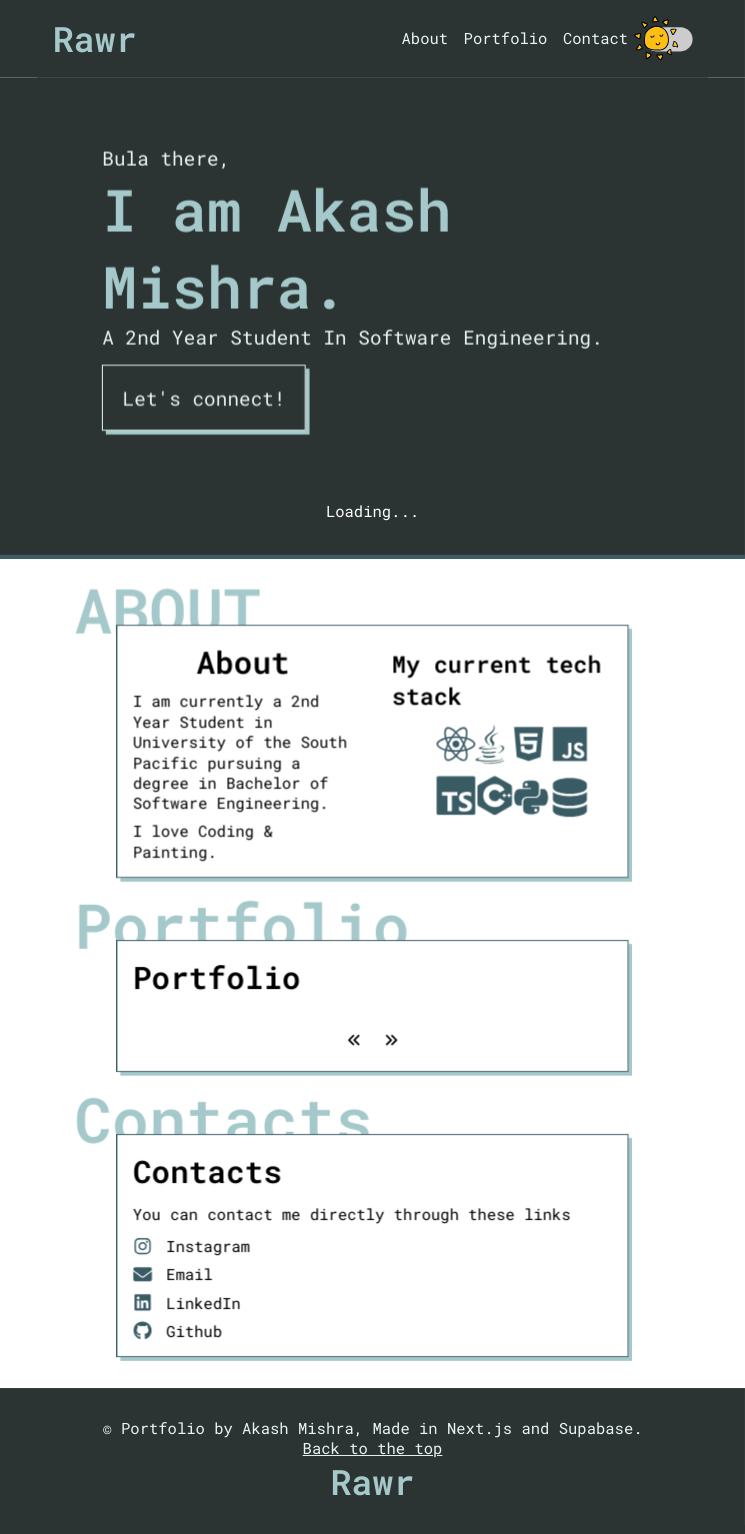
Repository: akashrawr/personal-portfolio
Page: /
These files come from the project's save history. The page is drawn as it stood at one moment and after the next save; the edit follows.
The browser window is 768 px wide. The pictures show the whole page, at 97% of full size.
The page's requests for data from a server got no answer. The project was rebuilt for these pictures with package versions that can differ from the ones it lists, and the page was loaded fresh each time. The framework's server and built-in components were replaced by stand-ins that run in the browser. No one was signed in, and anything a server would have sent is missing. Also part of the build but not shown: next.config.ts.

Above is the page before, as saved 2025-01-03 20:32:29.

### app/layout.tsx
import type { Metadata } from "next";
import { Geist, Geist_Mono } from "next/font/google";
import "./globals.css";

const geistSans = Geist({
  variable: "--font-geist-sans",
  subsets: ["latin"],
});

const geistMono = Geist_Mono({
  variable: "--font-geist-mono",
  subsets: ["latin"],
});

export const metadata: Metadata = {
  title: "akashrawr",
  description: "Personal Portfolio",
};

export default function RootLayout({
  children,
}: Readonly<{
  children: React.ReactNode;
}>) {
  return (
    <html lang="en" translate="no"> {/* Prevent translation of the entire page */}
      <head>
        <meta charSet="UTF-8" />
        <meta httpEquiv="Content-Language" content="en" /> {/* Explicitly set content language */}
        <meta name="google" content="notranslate" /> {/* Inform Google to not translate */}
        <link rel="icon" href="/rawr.ico" type="image/x-icon" />
        <title>akashrawr</title>
        <meta name="description" content="My Personal Portfolio" />
      </head>
      <body className={`${geistSans.variable} ${geistMono.variable} antialiased`}>
        <div className="notranslate">
          {children}
        </div>
      </body>
    </html>
  );
}

### app/page.tsx
"use client"; // Enables client-side functionality
import React, { useState, useEffect } from "react";
import AOS from "aos";
import "aos/dist/aos.css";
import "./globals.css"; // Import global styles

// Import components
import Header from "./components/Header";
import Hero from "./components/Hero";
import About from "./components/About";
import Portfolio from "./components/Portfolio";
import Contact from "./components/Contact";
import Footer from "./components/Footer";

const Page: React.FC = () => {
  useEffect(() => {
    AOS.init({ once: true, delay: 0 });
  }, []);

  const [isNavVisible, setIsNavVisible] = useState(false);
  const [darkMode, setDarkMode] = useState(false);

  const toggleNav = () => {
    setIsNavVisible(!isNavVisible);
  };

  const toggleDarkMode = () => {
    setDarkMode(!darkMode);
    document.body.classList.toggle("dark-mode", !darkMode);
  };

  return (
    <div>
      <Header
        isNavVisible={isNavVisible}
        toggleNav={toggleNav}
        darkMode={darkMode}
        toggleDarkMode={toggleDarkMode}
      />
      <main>
        <Hero />
        <About />
        <Portfolio />
        <Contact />
      </main>
      <Footer />
    </div>
  );
};

export default Page;

### app/globals.css
@import url("https://fonts.googleapis.com/css2?family=Roboto+Mono:wght@300;400;600&display=swap");

:root {
  --primary-color: #2c3333;
  --secondary-color: #395b64;
  --accent-1: #a5c9ca;
  --accent-2: #e7f6f2;
  --neutral-1: black;
  --neutral-2: white;
  --neutral-3: white;
  --neutral-4: black;
  --icon-1: #395b64;

  --dark-primary-color: #121212;
  --dark-secondary-color: #1f1f1f;
  --dark-accent-1: #6c757d;
  --dark-accent-2: #adb5bd;
  --dark-neutral-1: #ffffff;
  --dark-neutral-2: #121212;
  --dark-neutral-3:#1f1f1f;
  --dark-neutral-4: #938f8f;
  --dark-icon-1: #938f8f;

}

*,
*::after,
*::before {
  margin: 0;
  padding: 0;
  font-family: "Roboto Mono", monospace;
  box-sizing: border-box;


}

html {
  scroll-behavior: smooth;
}

body {
  overflow-x: hidden;
  background-color: var(--neutral-3);
  color: var(--neutral-1);
  font-family: "Roboto Mono", monospace;
}

body.dark-mode {
  --primary-color: var(--dark-primary-color);
  --secondary-color: var(--dark-secondary-color);
  --accent-1: var(--dark-accent-1);
  --accent-2: var(--dark-accent-2);
  --neutral-1: var(--dark-neutral-1);
  --neutral-2: var(--dark-neutral-2);
  --neutral-3: var(--dark-neutral-3);
  --neutral-4: var(--dark-neutral-4);
  --icon-1:var(--dark-icon-1);
}


/* Navbar styles */

header {
  display: flex;
  align-items: center;
  justify-content: center;

  max-width: 100vw;
  background-color: var(--primary-color);
}

a {
  font-size: 14px;
  text-decoration: none;
}

h1 {
  font-family: "Roboto Mono", monospace;
}

.navbar-nav {
  display: flex;
  align-items: center;
  justify-content: space-between;
  background-color: var(--primary-color);
  padding: 1rem;
  width: 90%;
}

.nav-logo {
  grid-column: 1;
}

.nav-logo > h1 {
  font-size: 30px;
  color: var(--accent-1);
}

.primary-nav {
  display: flex;
  list-style: none;
  gap: 16px;

  grid-column: 2;
  justify-self: end;
}

.mobile-nav-toggle {
  display: none;
  cursor: pointer;
}

.nav-link:link,
.nav-link:visited {
  font-size: 16px;
  color: var(--accent-2);

  transition: 300ms ease-in-out;
}

.nav-link:hover {
  font-weight: 600;
  color: var(--accent-1);
}

.user-icon {
  width: 24px;
  height: 24px;
  fill: var(--accent-1);
  transition: fill 0.3s ease;
}

.user-icon:hover {
  fill: var(--accent-1);
}

/* Dark mode toggle button */
.theme-toggle {
  background: none;
  border: none;
  cursor: pointer;
  padding: 8px;
  display: flex;
  align-items: center;
}

.nav-icons {
  --size: 30px;
  width: var(--size);
  aspect-ratio: 1;
  cursor: pointer;
}



@media only screen and (max-width: 35em) {
  .primary-nav {
    position: fixed;
    top: 0;
    right: 0;
    bottom: 0;
    width: 125px;

    flex-direction: column;
    padding: min(15vh, 3rem) 1rem;
    background-color: var(--primary-color);
    border-left: 2px solid rgb(111, 111, 111); /* Add this line for the left border */

    z-index: 9999;

    transform: translateX(100%);
    transition: transform 350ms ease-out;
  }


  .nav-link:link,
  .nav-link:visited {
    font-size: 15px;
    color: var(--accent-1);
  }

  .primary-nav[data-visible="true"] {
    transform: translateX(0%);
  }

  .mobile-nav-toggle[aria-expanded="true"] {
    background: url('data:[embedded picture, 416 characters]') center center no-repeat;
  }

  .mobile-nav-toggle {
    display: block;
    position: absolute;
    background: url('data:[embedded picture, 417 characters]') center center no-repeat;

    width: 1.25rem;
    aspect-ratio: 1;

    border: none;

    top: 1.4rem;
    right: 2.5rem;
    z-index: 10000;

    transition: 250ms ease-in-out;
  }
}

/* Section styles */

section {
  display: flex;
  align-items: center;
  justify-content: center;

  max-width: 100vw;
  position: relative;
}

/* HERO SECTION */
#hero {
  background-color: var(--primary-color);
  border-bottom: 4px solid var(--icon-1);
  padding: 2.2rem;
}

/* Main container for text and image */
.hero-main-container {
  display: flex;
  flex-wrap: wrap;
  align-items: center;
  justify-content: space-between;
  gap: 16px;
}

/* Text Container */
.hero-container {
  flex: 1;
  display: flex;
  flex-direction: column;
  gap: 16px;
  padding: 2.2rem;
  width: 90%;
  height: 350px;
  animation: fade-in 500ms linear forwards;
}

.hero-text-container > h2 {
  font-size: 28px;
  color: var(--accent-1);
}

.hero-text-container > p {
  font-size: 12px;
  color: var(--accent-2);
}

.hero-button {
  align-self: flex-start;

  font-size: 14px;
  padding: 1em;

  color: var(--accent-2);
  background-color: transparent;

  border: 1px solid var(--accent-2);
  box-shadow: 4px 4px 0px var(--accent-1);

  transition: 300ms ease-in-out;
}

.hero-button:hover {
  background-color: var(--accent-2);
  color: var(--primary-color);
  box-shadow: 6px 6px 0px var(--secondary-color);
}

/* Image Container */
.hero-img {
  flex: 1;
  display: flex;
  justify-content: center;
  align-items: center;
}

.hero-image {
  max-width: 50%;
  height: auto;
  border-radius: 10px;
  box-shadow: 0 4px 8px rgba(0, 0, 0, 0.1);
  border: 1px solid var(--secondary-color);
  background-color: var(--neutral-2);
  box-shadow: 4px 4px 0px var(--accent-1);
}

.hero-img p{
color:white;
}


/* Responsive Styles */
@media screen and (max-width: 768px) {
  .hero-main-container {
    flex-direction: column;
  }
  .hero-img {
    margin-top: 20px;
  }
.hero-image {
    max-width: 75%;
    height: auto;
  }
  .hero-text-container {
    text-align: left;
    max-width: 100%;
    height: auto;
  }


}
.hero-text-container > h2 {
  font-size: 28px;
  color: var(--accent-1);
}
.hero-text-container > p {
  font-size: 16px;
}
.project-card > h3 {
  font-size: 12px;
  color: var(--secondary-color);
}

/* ABOUT */

#about {
  padding: 2rem;
  margin-top: 36px;
  animation: fade-in 500ms linear forwards;

}

.wave-asset {
  width: 100%;
  position: absolute;

  top: 0;
  left: 0;
}

.about-container {
  display: flex;
  align-items: center;
  justify-content: center;
  background-color: var(--neutral-2);
  width: 90%;
  z-index: 999;
}

.about-card,
.portfolio-card,
.contact-card {
  display: flex;
  flex-direction: column;
  gap: 16px;
  border: 1px solid var(--secondary-color);
  background-color: var(--neutral-2);

  width: 100%;
  padding: 1rem;

  box-shadow: 4px 4px 0px var(--accent-1);
}

.about-content,
.portfolio-content {
  width: 100%;
  display: flex;
  flex-direction: column;
  gap: 8px;
}

.about-content > h2,
.about-content > h3 {
  color: var(--neutral-4);
}

.about-content > p {
  font-size: 12px;
  color: var(--neutral-4);
}

.tech-stack-grid {
  width: 65%;
  display: grid;
  grid-template-columns: repeat(4, 1fr);
  place-items: center;
}

.tech-stack {
  --size: 30px;
  width: var(--size);
  aspect-ratio: 1;
}

/* Portfolio container */

#portfolio {
  padding: 2rem;
  animation: fade-in 500ms linear forwards;
}

.portfolio-container {
  width: 90%;
  z-index: 999;
}

.project-container {
  display: grid;
  grid-template-columns: repeat(2, 1fr);
  gap: 16px;
}

.portfolio-content > h2 {
  color: var(--neutral-4);
}

.project-card {
  display: flex;
  flex-direction: column;
  gap: 4px;

  padding: 1rem;
  border-radius: 8px;
  border: 1px solid var(--accent-1);
}

.project-card > h3 {
  color: var(--neutral-4);
}

.project-card > h5 {
  color: var(--neutral-4);
  opacity: 0.5;
}

.project-card > p {
  font-size: 12px;
  width: 100%;
  display: -webkit-box;
  -webkit-box-orient: vertical;
  -webkit-line-clamp: 3;
  overflow: hidden;
  color: var(--neutral-4);
}

.project-img {
  width: 100%;
  aspect-ratio: 16/9;
}

.project-card-links {
  align-self: flex-end;

  margin-top: 10px;
  display: flex;
  align-items: center;
  gap: 12px;
}

.project-icons {
  --size: 20px;
  width: var(--size);
  aspect-ratio: 1;
}

.project-card-links > a {
  display: flex;
  align-items: center;
  color: var(--neutral-4);
  font-size: 10px;
  gap: 4px;
}

.project-card-links > a:link,
.project-card-links > a:visited {

  color: var(--neutral-4);
}

.project-card-links > a:hover {
  font-weight: 600;
  color: var(--accent-1);
}

/* CONTACT */
#contact {
  padding: 2rem;
  animation: fade-in 500ms linear forwards;
}

.contact-container {
  width: 90%;
  z-index: 999;
}

.contact-card {
  width: 100%;
  gap: 12px;
}
.contact-card > h2 {
    color: var(--neutral-4);
}

.contact-card > p {
  font-size: 12px;
  color: var(--neutral-4);
}

.contact-links {
  display: flex;
  flex-direction: column;
  gap: 8px;
}

.contact-links > a {
  display: flex;
  align-items: center;
  gap: 8px;
}

.contact-links > a:link,
.contact-links > a:visited {
  color: var(--neutral-4);
}

.contact-links > a:hover {
  font-weight: 600;
  color: var(--accent-1);
}
.contact-icons {
  --size: 20px;
  width: var(--size);
  aspect-ratio: 1;
}

/* extras */
.section-highlight {
  font-size: 4rem;
  font-weight: 600;
  opacity: 0.5;
  color: var(--accent-1);

  position: absolute;
  top: 0;
  left: 100px;
}

/* footer */
footer {
  display: flex;
  align-items: center;
  justify-content: center;
  color: var(--accent-2);
  max-width: 100vw;
  background-color: var(--primary-color);
  min-height: 150px;
}

.footer-content {
  text-align: center;
  font-size: 12px;
  width: 90%;

  color: var(--accent-2);
}

.footer-content > p {
  text-decoration: underline;
}

.footer-content > a {
  text-decoration: underline;
}

.footer-content > a:link,
.footer-content > a:visited {
  color: var(--accent-2);
}

.footer-content > a:hover {
  color: var(--accent-1);
}
/* media queries */

@media only screen and (max-width: 35em) {
  .hero-container {
    padding: 1rem;
    height: 200px;
  }
  .project-container {
    grid-template-columns: 1fr;
  }
  .tech-stack-grid {
    width: 100%;
  }
  .section-highlight {
    font-size: 3.5rem;
    top: -16px;
    left: 6vw;
  }
}

@media only screen and (min-width: 35em) {
  .hero-container {
    height: 250px;
  }
  .about-container,
  .portfolio-container,
  .contact-container {
    width: 75%;
  }

  .about-card,
  .portfolio-card {
    align-items: center;
    justify-content: center;
    flex-direction: row;
    gap: 20px;
  }

  .section-highlight {
    top: -26px;
    left: 10vw;
  }
}

@media only screen and (min-width: 768px) {
  .nav-logo > h1 {
    font-size: 36px;
  }

  /* hero */
  .hero-container {
    height: 350px;
  }

  .hero-text-container > p {
    font-size: 20px;
  }

  .hero-text-container > h2 {
    font-size: 60px;
  }

  .hero-button {
    font-size: 20px;
  }

  /* about */
  .about-card {
    gap: 40px;
  }

  .about-content > h2 {
    font-size: 32px;
  }

  .about-content > h3 {
    font-size: 24px;
  }

  .about-content > p {
    font-size: 16px;
  }

  .tech-stack-section {
    align-self: flex-start;
    margin-top: 8px;
  }

  .tech-stack {
    --size: 40px;
    width: var(--size);
    aspect-ratio: 1;
  }

  /* portfolio */
  .portfolio-content > h2 {
    font-size: 32px;
  }

  .project-card > h3 {
    font-size: 24px;
  }

  .project-card > h5,
  .project-card > p {
    font-size: 16px;
  }

  .project-card-links > a {
    font-size: 16px;
  }

  /* contacts */
  .contact-card > h2 {
    font-size: 32px;
  }

  .contact-card > p {
    font-size: 16px;
  }

  .contact-links > a {
    font-size: 16px;
  }
  .footer-content,
  .footer-content > a {
    font-size: 16px;
  }
}

@media only screen and (min-width: 1024px) {
  .section-highlight {
    top: -26px;
    left: 10vw;
  }
}

@keyframes fade-in {
  0% {
    opacity: 0;
  }
  100% {
    opacity: 1;
  }
}

/* Adjust specific sections as needed for React-specific behaviors */
.primary-nav.visible {
  transform: translateX(0%);
}

/* The switch - the box around the slider */
.switch {
  position: relative;
  display: inline-block;
  width: 50px;
  height: 25px;
}

/* Hide default HTML checkbox */
.switch input {
  opacity: 0;
  width: 0;
  height: 0;
}

/* The slider */
.slider {
  position: absolute;
  cursor: pointer;
  top: 0;
  left: 0;
  right: 0;
  bottom: 0;
  background-color: #ccc;
  -webkit-transition: .4s;
  transition: .4s;
  border-radius: 25px; /* Rounded edges for the slider */
  display: flex;

  align-items: center;
}

/* Adjust the icon size to 48x48 pixels */
.slider .icon {
  position: absolute;
  width: 48px;
  height: 48px;
  transition: .4s;
}

/* When the input is checked (dark mode is on) */
input:checked + .slider {
  background-color: #3e4346; /* Change background color on check */
}

input:focus + .slider {
  box-shadow: 0 0 1px #2196F3;
}

/* Move the icons when the input is checked (dark mode) */
input:checked + .slider .icon {
  transform: translateX(20px); /* Move the icon to the right */
}

/* Default state (light mode) */
input:not(:checked) + .slider .icon {
  transform: translateX(-15px) translateY(-2px); /* Icon remains in the default position */
  width: 52px; /* Further reduced icon size for very small screens */
  height: 52px; /* Further reduced icon size for very small screens */
}

.about-icon {
  color: var(--icon-1); /* Change to any shade of blue you prefer */
  font-size: 3rem; /* Adjust size as needed */
  margin: 0.5rem;
}

.project-icons {
  margin-right: 0.5rem; /* Space between icon and text */
  font-size: 1.5rem; /* Adjust icon size */
  color: inherit; /* Match the color of the link */
}

.contact-icons {
  margin-right: 0.5rem; /* Space between icon and text */
  font-size: 1.5rem; /* Adjust icon size */
  color: var(--icon-1);
}

/* Responsive Adjustments */
@media (max-width: 768px) {
  .about-icon {
    font-size: 2.5rem; /* Slightly smaller on smaller devices */
    margin: 0.4rem;
  }

  .project-icons {
    font-size: 1.2rem; /* Smaller icon size on smaller screens */
    margin-right: 0.4rem;
  }

  .contact-icons {
    font-size: 1.2rem; /* Smaller icon size on smaller screens */
    margin-right: 0.4rem;
  }
}

@media (max-width: 480px) {
  .about-icon {
    font-size: 2rem; /* Even smaller on very small devices */
    margin: 0.3rem;
  }

  .project-icons {
    font-size: 1rem; /* Further reduced icon size for very small screens */
    margin-right: 0.3rem;
  }

  .contact-icons {
    font-size: 1rem; /* Further reduced icon size for very small screens */
    margin-right: 0.3rem;
  }
}

.pagination {
  display: flex;
  justify-content: center;
  align-items: center;
  margin-top: 1rem;
}

.pagination a {
  color: var(--neutral-4);
  padding: 8px 16px;
  text-decoration: none;
}

.pagination a.active {
  background-color: #395b64;
  color: white;
}

.pagination a:disabled {
  color: grey;
  pointer-events: none;
}

/* Responsive Adjustments */
@media (max-width: 768px) {
  .pagination a {
    padding: 6px 12px; /* Smaller padding for smaller screens */
    font-size: 0.9rem; /* Slightly smaller font size */
  }

  .pagination {
    margin-top: 0.75rem; /* Adjust margin top for smaller screens */
  }
}

@media (max-width: 480px) {
  .pagination a {
    padding: 4px 8px; /* Even smaller padding for very small screens */
    font-size: 0.8rem; /* Smaller font size for very small screens */
  }

  .pagination {
    margin-top: 0.5rem; /* Adjust margin top for very small screens */
  }
}

### app/components/Hero.tsx
import React, { useEffect, useState } from 'react';
import supabase from '../utils/supabaseClient';  // Adjust path if in 'utils'
import Image from 'next/image';  // Import Image from next/image

function Hero() {
  const [heroImage, setHeroImage] = useState<string | null>(null);

  useEffect(() => {
    const fetchHeroImage = async () => {
      const { data, error } = await supabase
        .from('hero')  // Table name is 'hero'
        .select('image_path')        // Only selecting 'image_path' column
        .limit(1);                   // Limiting to only one result (first row)

      if (error) {
        console.error('Error fetching hero image:', error);
      } else {
        setHeroImage(data?.[0]?.image_path || null);
      }
    };

    fetchHeroImage();
  }, [supabase]); // Including 'supabase' as a dependency

  return (
    <section id="hero">
      <div className="hero-main-container">
        {/* Text and Button Container */}
        <div className="hero-container">
          <div className="hero-text-container" data-aos="fade-up">
            <p>Bula there,</p>
            <h2>I am Akash Mishra.</h2>
            <p>A 2nd Year Student In Software Engineering.</p>
          </div>
          <a href="#contact" className="hero-button" data-aos="fade-up">
            Let&apos;s connect!
          </a>
        </div>

        {/* Image Container */}
        <div className="hero-img" data-aos="fade-up">
          {heroImage ? (
            <Image
              className="hero-image"
              src={heroImage}
              alt="Akash"
              layout="responsive"
              width={500}
              height={500}
            />
          ) : (
            <p>Loading...</p>
          )}
        </div>
      </div>
    </section>
  );
}

export default Hero;

### app/components/Contact.tsx
import React from "react";
import { FontAwesomeIcon } from "@fortawesome/react-fontawesome";
import { faInstagram, faGithub, faLinkedin } from "@fortawesome/free-brands-svg-icons";
import { faEnvelope } from "@fortawesome/free-solid-svg-icons";

const Contact: React.FC = () => {
  return (
    <section id="contact">
      <h2 className="section-highlight" data-aos="fade-up">
        Contacts
      </h2>
      <div className="contact-container" data-aos="fade-up">
        <div className="contact-card">
          <h2>Contacts</h2>
          <p>You can contact me directly through these links</p>

          <div className="contact-links">
            <a href="https://www.instagram.com/_acnologxa" className="contact-link">
              <FontAwesomeIcon icon={faInstagram} className="contact-icons" />
              Instagram
            </a>

            <a href="mailto:akashkm553@gmail.com" className="contact-link">
              <FontAwesomeIcon icon={faEnvelope} className="contact-icons" />
              Email
            </a>

            <a href="https://www.linkedin.com/in/akashmishra-rawr" className="contact-link">
              <FontAwesomeIcon icon={faLinkedin} className="contact-icons" />
              LinkedIn
            </a>

            <a href="https://github.com/akashrawr" className="contact-link">
              <FontAwesomeIcon icon={faGithub} className="contact-icons" />
              Github
            </a>
          </div>
        </div>
      </div>
    </section>
  );
};

export default Contact;

### app/components/Footer.tsx
import React from 'react';

const Footer: React.FC = () => {
  return (
    <footer>
      <div className="footer-content">
        © Portfolio by Akash Mishra, Made in Next.js and Supabase. <br />
        <a href="#hero">Back to the top</a>
        <div className="nav-logo">
          <h1>Rawr</h1>
        </div>
      </div>
    </footer>
  );
};

export default Footer;

### app/utils/supabaseClient.ts
import { createClient } from '@supabase/supabase-js';

// Fetch environment variables
const supabaseUrl = process.env.NEXT_PUBLIC_SUPABASE_URL || '';
const supabaseKey = process.env.NEXT_PUBLIC_SUPABASE_KEY || '';

// Initialize the Supabase client
const supabase = createClient(supabaseUrl, supabaseKey);

export default supabase;

Loaded but not shown: app/components/Header.tsx (89 lines, source omitted); app/components/Portfolio.tsx (139 lines, source omitted); app/components/About.tsx (59 lines, source omitted)

After the next save:
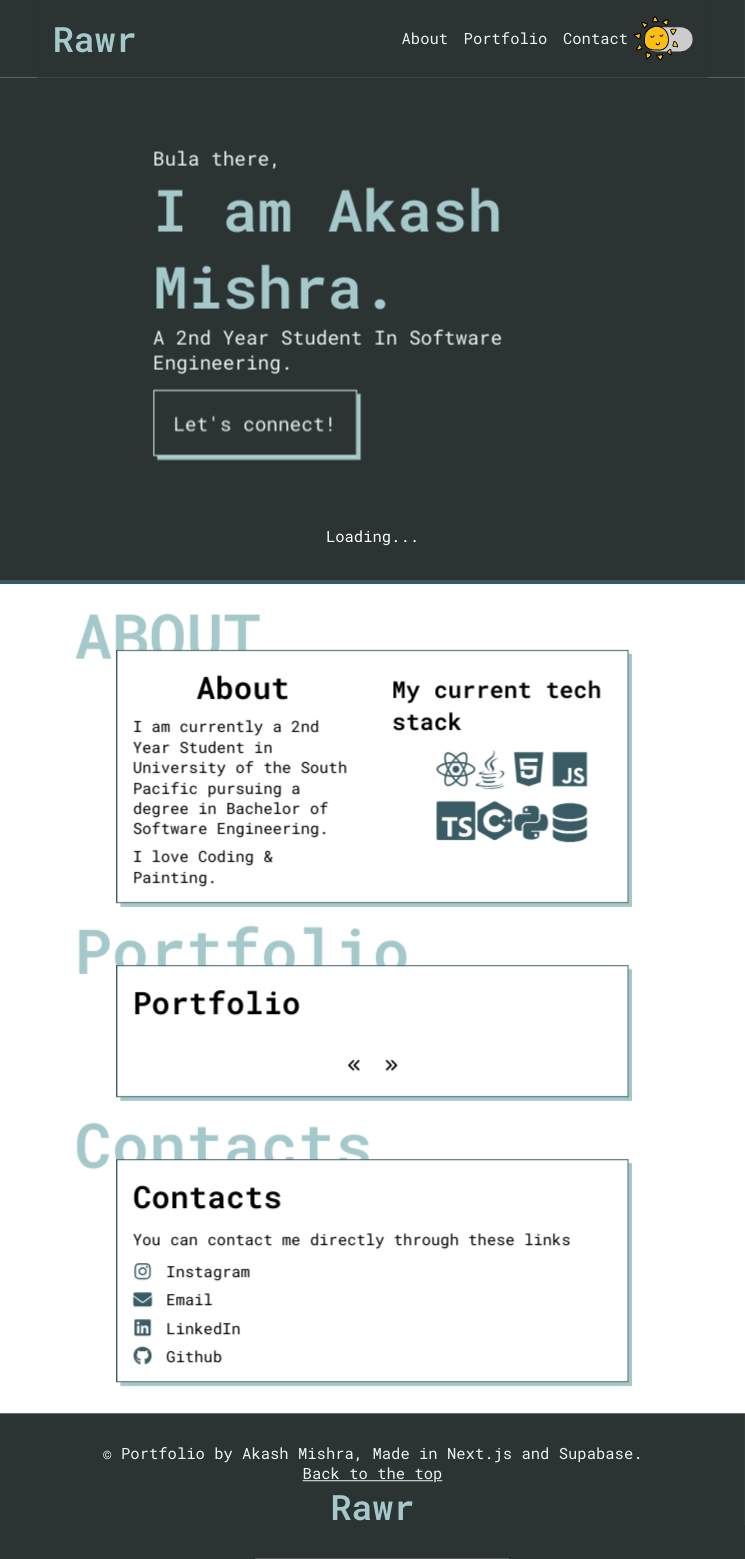
Saved 30 s later.
--- a/app/globals.css
+++ b/app/globals.css
@@ -306,20 +306,18 @@ color:white;
   .hero-img {
     margin-top: 20px;
   }
-.hero-image {
+  .hero-container, .hero-image {
     max-width: 75%;
     height: auto;
   }
   .hero-text-container {
     text-align: left;
-    max-width: 100%;
-    height: auto;
   }
 
 
 }
 .hero-text-container > h2 {
-  font-size: 28px;
+  font-size: 30px;
   color: var(--accent-1);
 }
 .hero-text-container > p {
